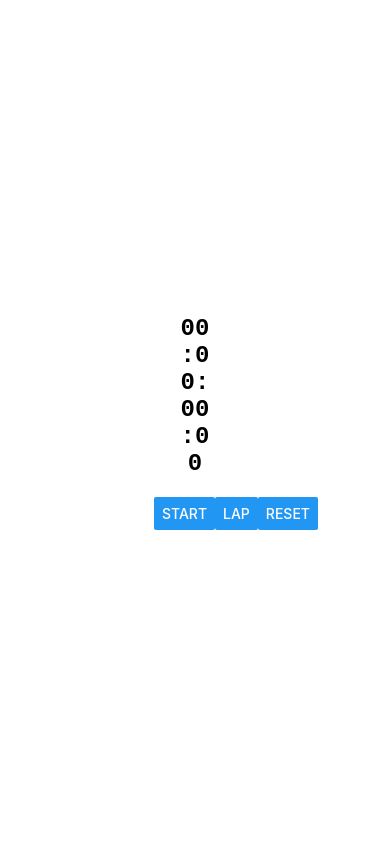
Repository: Shopify/eng-intern-assessment-react-native
Screen: /
An editor plug-in stored every save of this project. The screen is shown before and after the next save, followed by the edit.
The app was drawn by React Native's web renderer in a window 390 px wide. The project was rebuilt for these pictures with package versions that can differ from the ones it lists, and the page was loaded fresh each time.

Above is the screen before, as saved 2024-01-13 12:28:33.

After the next save:
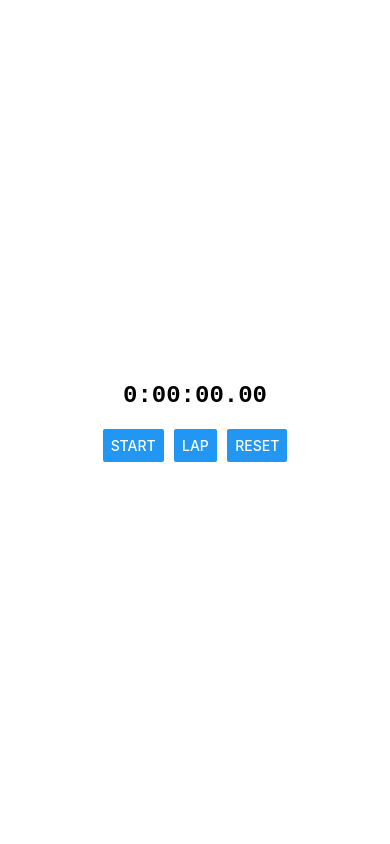
Saved 13 s later.
--- a/src/StopWatch.tsx
+++ b/src/StopWatch.tsx
@@ -44,13 +44,13 @@ const StopWatch = () => {
     const seconds = Math.floor((milliseconds % 60000) / 1000); // 1 Second = 1000 Milliseconds
     const millis = Math.floor((milliseconds % 1000) / 10); // Display only two digits for milliseconds
 
-    return `${formatTimeUnit(hours)}:${formatTimeUnit(minutes)}:${formatTimeUnit(seconds)}:${formatTimeUnit(millis)}`;
+    return `${hours}:${minutes.toString().padStart(2, '0')}:${seconds.toString().padStart(2, '0')}.${millis.toString().padStart(2, '0')}`;
   };
 
 
   return (
-    <View style={styles.container}>
-      <View style={styles.timerDisplay}>
+    <View style={styles.outerContainer}>
+      <View style={styles.container}>
         <Text style={styles.timerText}>{formatTime(timeElapsed)}</Text>
       </View>
       {laps.map((lap, index) => (
@@ -66,22 +66,24 @@ const StopWatch = () => {
 };
 
 const styles = StyleSheet.create({
-  container: {
+  outerContainer: {
     flex: 1,
     justifyContent: 'center',
     alignItems: 'center',
+    width: '100%', // Full width to center the inner container
   },
-  timerDisplay: {
-    flexDirection: 'row',
-    justifyContent: 'center',
-    alignItems: 'center',
+  container: {
+    // Instead of minWidth, we'll use width here to ensure the container size is fixed.
+    width: 350, // This width should be the same or greater than the widest possible time string.
+    alignItems: 'center', // This will center the text horizontally within the container.
+    justifyContent: 'center', // This will center the text vertically within the container.
   },
   timerText: {
     fontSize: 24,
     fontWeight: 'bold',
     fontFamily: 'monospace',
-    marginHorizontal: 2, // Add slight spacing between time units
-    width: 30, // Fixed width for each time unit to prevent jitter
+    // The text is centered within its container, and the container's width is fixed.
+    // This should keep the position stable horizontally.
     textAlign: 'center',
   },
   lapText: {
